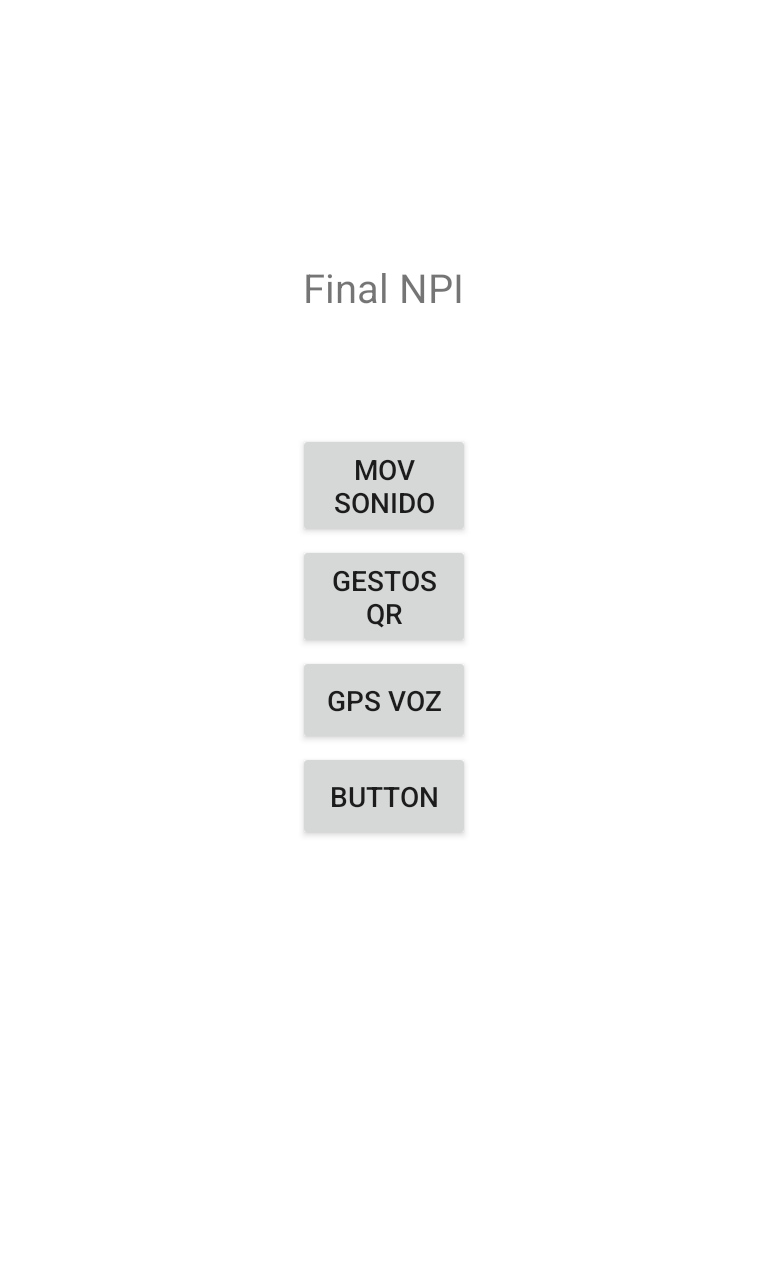
Repository: ADoncel/Android-NPI
Layout: ProyectAndroid/AndroidMetaio/res/layout/activity_main.xml
These files come from the project's save history. The layout is drawn as it stood at one moment and after the next save; the edit follows.
It is drawn on a 768 x 1280 px phone screen (xhdpi) without system bars, with theme AppTheme; the app's code is not run.

Above is the layout before, as saved 2015-01-21 00:26:17.

After the next save:
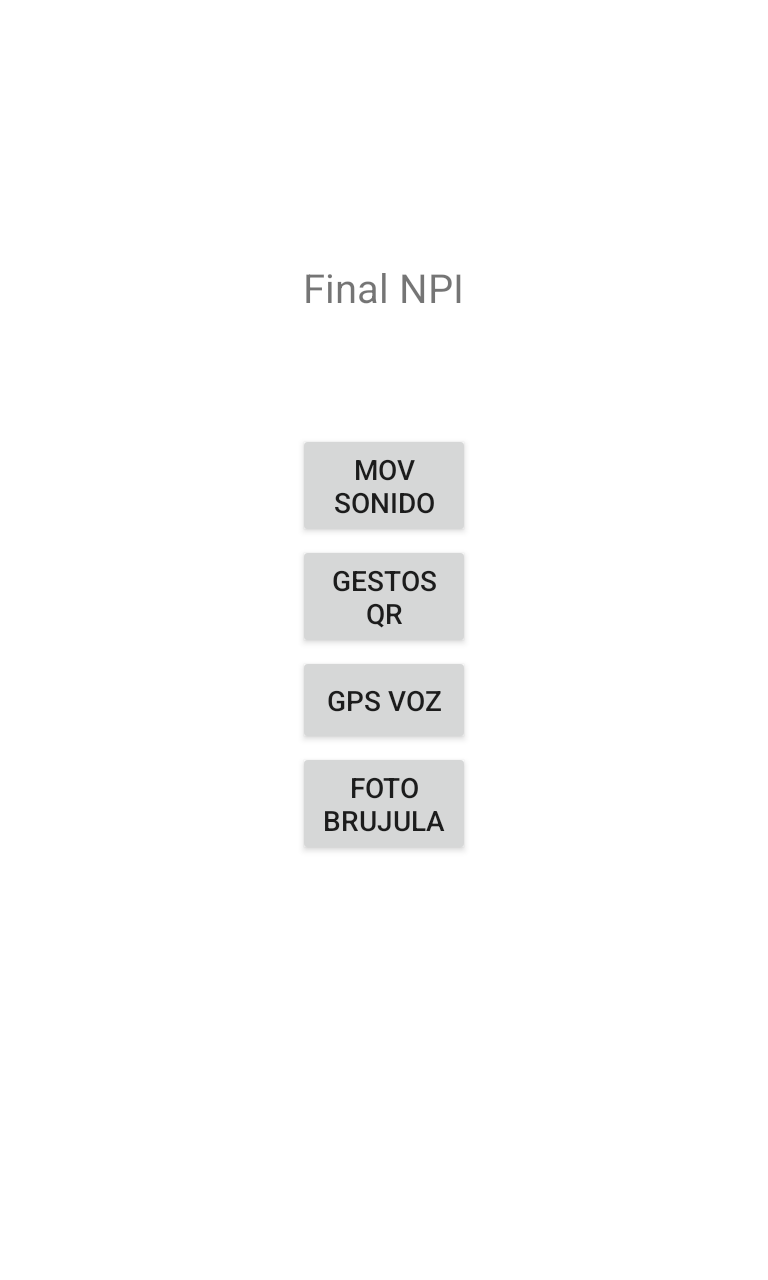
Saved 22 s later.
--- a/ProyectAndroid/AndroidMetaio/res/layout/activity_main.xml
+++ b/ProyectAndroid/AndroidMetaio/res/layout/activity_main.xml
@@ -43,7 +43,7 @@
         android:layout_alignLeft="@+id/speakGPS_button"
         android:layout_alignRight="@+id/speakGPS_button"
         android:layout_below="@+id/speakGPS_button"
-        android:text="Button" />
+        android:text="@string/fotobrujula_button" />
 
     <Button
         android:id="@+id/sensor_button"
